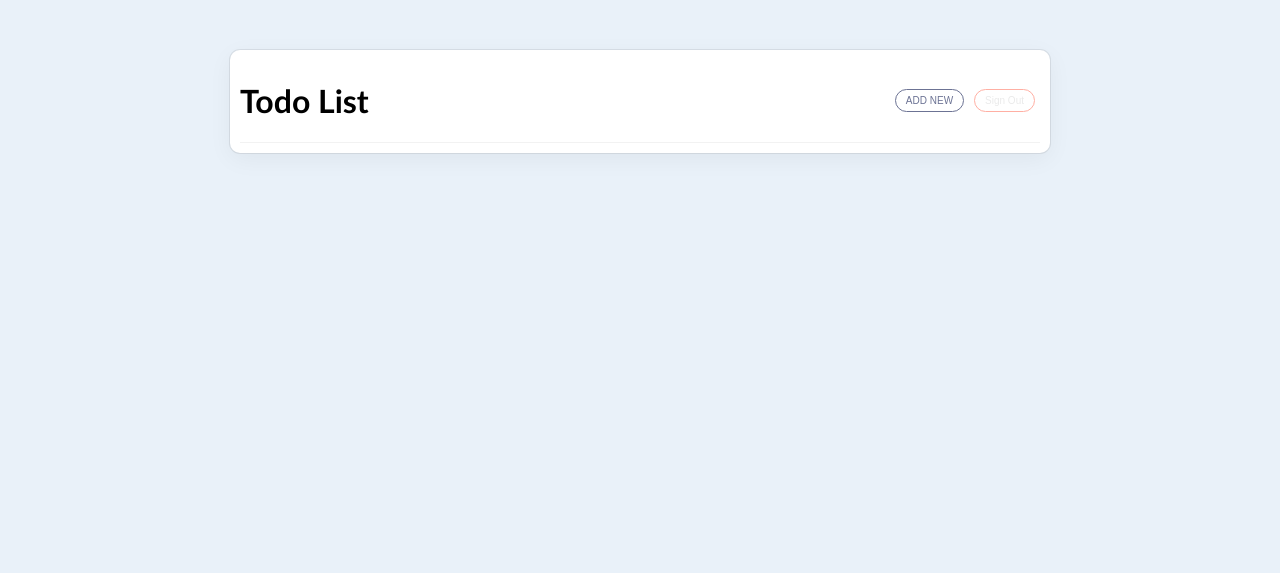
Repository: mosesvk/_todo
Page: / (app in client/)
An editor plug-in stored every save of this project. The page is shown before and after the next save, followed by the edit.
The browser window is 1280 px wide. The pictures show the whole page.
The page's requests for data from a server got no answer. The project was rebuilt for these pictures with package versions that can differ from the ones it lists, and the page was loaded fresh each time. No one was signed in, and anything a server would have sent is missing. Also part of the build but not shown: client/vite.config.js, client/src/components/ProgressBar.jsx, client/src/components/ListItem.jsx. Imported but missing from the stored project, and not drawn on this page: client/src/components/TickIcon.

Above is the page before, as saved 2023-05-04 13:12:34.

### client/src/App.jsx
import { useState, useEffect } from 'react'
import ListHeader from './components/ListHeader'
import ListItem from './components/ListItem'

const App = () => {
  const userEmail = 'test@test.com'
  const [tasks, setTasks] = useState(null)

  const getData = async () => {

    try {
      const response = await fetch(`http://localhost:8000/todos/${userEmail}`)
      const json = await response.json()
      setTasks(json)
    } catch (err) {
      console.error(err)
    }
  }

  useEffect(() => {
    getData()
  }, [])

  // console.log(tasks)

  const sortedTasks = tasks?.sort((a, b) => new Date(a.date) - new Date(b.date))

  return (
    <div className='app'>
      <ListHeader listName='Todo List' />
      {sortedTasks?.map((task) => <ListItem key={task.id} task={task} />)}
    </div>
  )
}

export default App

### client/src/index.css
body {
  margin: 0;
  padding: 0;
  background-color: #e9f1f9;
  display: flex;
  justify-content: center;
  font-family: 'Trebuchet MS', Arial, sans-serif;
}

.app {
  background-color: #ffffff;
  box-shadow: #0000000d 0 6px 24px, #00000014 0 0 0 1px;
  border-radius: 10px;
  padding: 10px;
  width: 800px;
  margin: 50px;
}

.button-container,
.info-container {
  display: flex;
  align-items: center;
}

.button-container button {
  margin: 0 5px;
  padding: 5px 10px;
  font-size: 10px;
  border-radius: 12px;
  background-color: transparent;
  cursor: pointer;
}


.edit {
    border: 1.5px solid #8db591;
    color: #8db591;
    text-transform: uppercase;
}

.edit:hover {
    background-color: #b6dfba;
}

.edit:active {
    border: 1.5px solid rgb(141, 181, 145);
    color: rgb(255, 255, 255);
    background-color: rgb(141, 181, 145);
}

.delete {
    border: 1.5px solid rgb(255, 175, 163);
    color: rgb(255, 175, 163);
    text-transform: uppercase;
}

.delete:hover {
    background-color: rgb(255, 201, 193);
}

.delete:active {
    background-color: rgb(255, 175, 163);
    color: rgb(255, 255, 255);
}

.create {
    border: 1.5px solid rgb(108, 115, 148);
    color: rgb(108, 115, 148);
    text-transform: uppercase;
}

.create:hover {
    background-color: rgb(131, 138, 172);
}

.create:active {
    background-color: rgb(108, 115, 148);
    color: rgb(255, 255, 255);
}

.signout {
    border: 1.5px solid rgb(255, 175, 163);
    background-color: rgb(255, 175, 163);
    color: rgb(234, 234, 234);
}

.signout:hover {
    background-color: rgb(175, 94 , 94) !important;
    border: 1.5px solid rgb(175, 94, 94);
}

.signout:active {
    border: 1.5px solid rgb(175, 81, 81);
    background-color: 1.5px solid rgb(175, 81, 81);
    color: rgb(255, 255, 255)
}


input {
    margin: 11px 0;
    padding: 12px 16px;
    border-radius: 12px;
    border: 1.5px solid rgb(230, 232, 236)
}


/* List Header  */

.list-header {
  width: 100%;
  display: flex;
  justify-content: space-between;
  border-bottom: #0000000d 1px solid;
}

.list-item {
  width: 100%;
  margin: 10px 0;
  border-radius: 10px;
  box-shadow: #00000014 0 0 0 1px;
  display: flex;
  justify-content: space-between;
}

.check {
  stroke: '#5dac83' !important;
  margin-right: 10px;
}


/* Modal  */

.overlay {
    position: absolute;
    left: 0;
    top: 0;
    width: 100vw;
    height: 100vh;
    background-color: rgba(0, 0, 0, 0.5);
    display: flex;
    justify-content: center;
    align-items: center;
}

.modal {
    width: 500px;
    background-color: rgb(255, 255, 255);
    padding: 40px;
    border-radius: 10px;
    box-shadow: rgba(0, 0, 0, 0.05) 0 6px 24px 0, rgba(0, 0, 0, 0.08) 0 0 0 1px;
}

.modal .form-title-container {
    display: flex;
    justify-content: space-between;
}

.modal .form-title-container button {
    border: none;
    background-color: transparent;
}

.modal .form-title-container button:active {
    color: rgb(255, 50, 50)
}

.modal form {
    display: flex;
    flex-direction: column;
}

.modal label {
    font-size: 13px
}

### client/src/components/ListHeader.jsx
import React from 'react'
import Modal from './Modal'
import { useState } from 'react'

const ListHeader = ({listName}) => {

  const [showModal, setShowModal] = useState(false)

  const signOut = () => {
    console.log('signout')
  }

  return (
    <div className='list-header'>
      <h1>{listName}</h1>
      <div className="button-container">
        <button className="create">Add New</button>
        <button className="signout" onClick={signOut}>Sign Out</button>
      </div>
      { showModal && <Modal mode={'create'} />}
    </div>
  )
}

export default ListHeader

### client/src/components/Modal.jsx
import {useState} from 'react';

const Modal = () => {
  const mode = 'create';
  const editMode = mode === 'edit' ? true : false;

  const [data, setData] = useState({
    user_email: '',
    title: '',
    progress: '',
    data: editMode ? '' : new Date()
  });

  const handleChange = (e) => {
    const { name, value } = e.target;

    setData((data) => ({
      ...data,
      [name]: value
    }));

    console.log(data)
  };

  return (
    <div className='overlay'>
      <div className='modal'>
        <div className='form-title-container'>
          <h3>Let's</h3>
        </div>

        <form>
          <input
            required
            maxLength={30}
            placeholder=' Your task goes here'
            name='title'
            value={data.title}
            onChange={handleChange}
          />
          <label for='range'>Drag to select your current progress</label>
          <input
            required
            id='range'
            type='range'
            min='0'
            max='100'
            name='progress'
            value={data.progress}
            onChange={handleChange}
          />
          <input className='edit' type='submit' />
        </form>
      </div>
    </div>
  );
};

export default Modal;

Loaded but not shown: client/index.html (common file); client/src/main.jsx (common file)

After the next save:
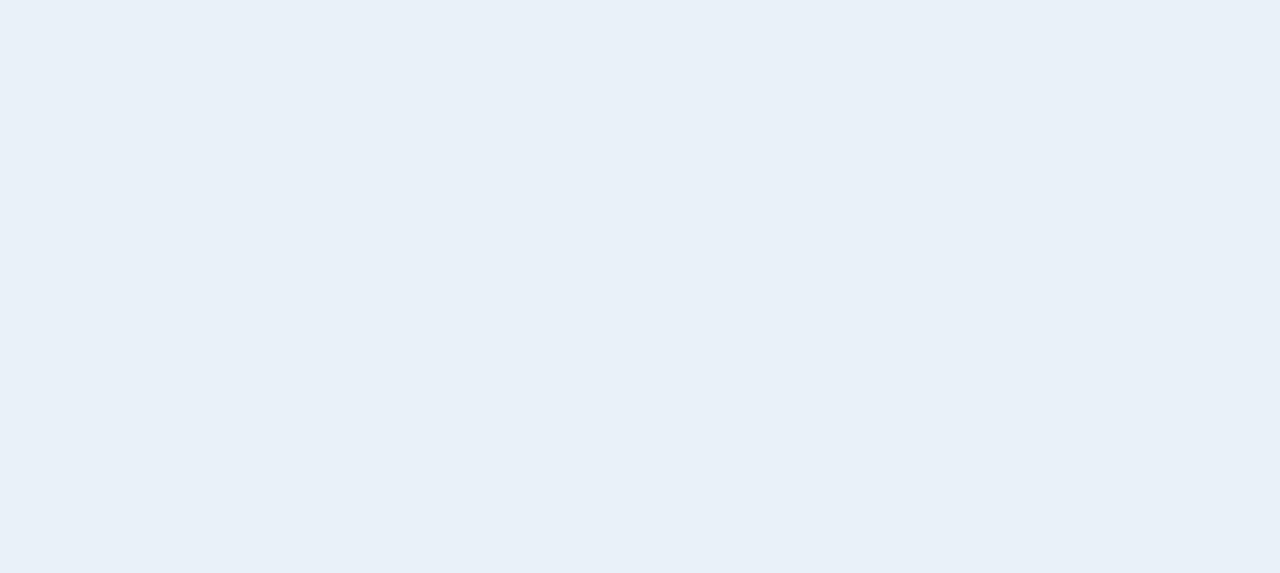
Console error (its wording comes from the project's code and is left out).
Saved 15 s later.
--- a/client/src/components/ListHeader.jsx
+++ b/client/src/components/ListHeader.jsx
@@ -14,7 +14,7 @@
     <div className='list-header'>
       <h1>{listName}</h1>
       <div className="button-container">
-        <button className="create">Add New</button>
+        <button className="create" onClick={setShowModal(true)}>Add New</button>
         <button className="signout" onClick={signOut}>Sign Out</button>
       </div>
       { showModal && <Modal mode={'create'} />}

After the 2 saves that followed:
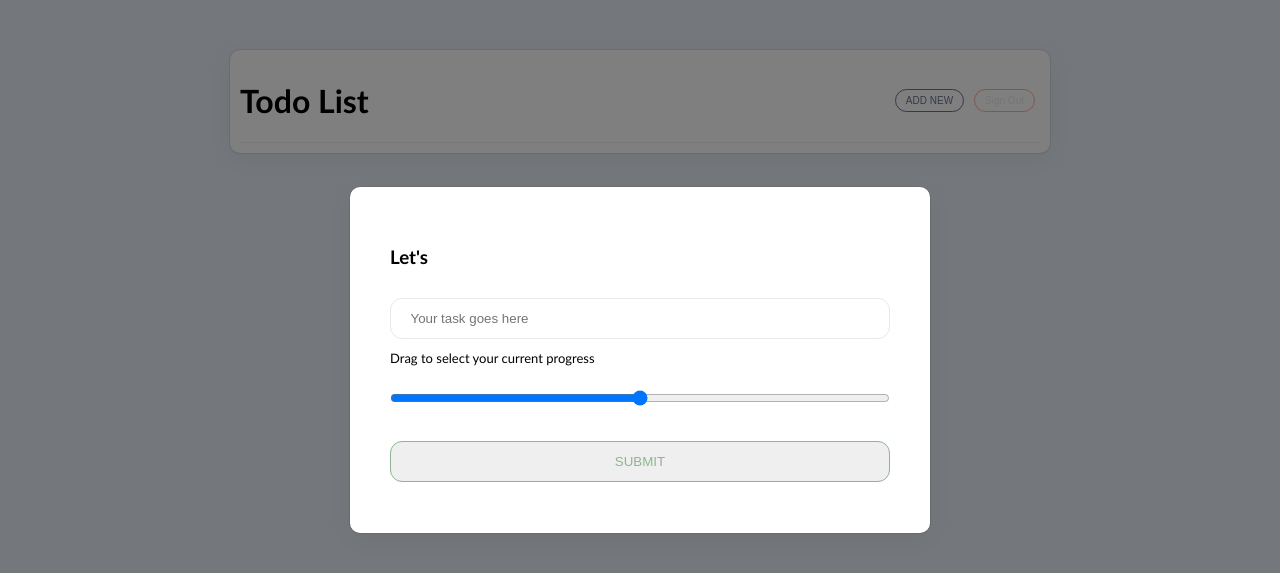
The error is gone.
The 2 saves are shown as one change because 1 left the picture as it was.
The last was saved 42 s later.
--- a/client/src/components/ListHeader.jsx
+++ b/client/src/components/ListHeader.jsx
@@ -14,10 +14,10 @@
     <div className='list-header'>
       <h1>{listName}</h1>
       <div className="button-container">
-        <button className="create" onClick={setShowModal(true)}>Add New</button>
+        <button className="create" onClick={() => setShowModal(true)}>Add New</button>
         <button className="signout" onClick={signOut}>Sign Out</button>
       </div>
-      { showModal && <Modal mode={'create'} />}
+      <Modal mode={'create'} />
     </div>
   )
 }
